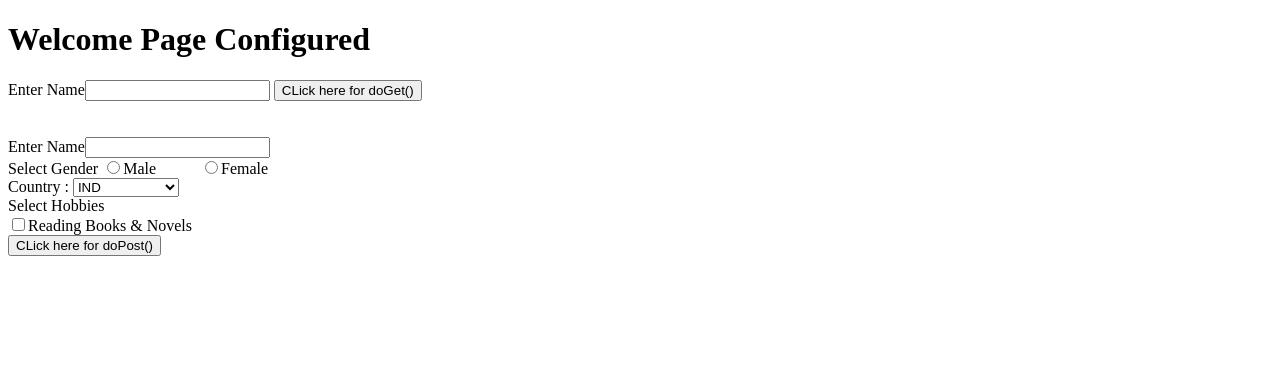
Repository: vinayingalahalli/java_batch1_revature
Page: revature_java/my_servlet_app/WebContent/myHome.html
These files come from the project's save history. The page is drawn as it stood at one moment and after the next save; the edit follows.
The browser window is 1280 px wide. The pictures show the whole page.

Above is the page before, as saved 2019-09-10 19:03:38.

### revature_java/my_servlet_app/WebContent/myHome.html
<!DOCTYPE html>
<html>
<head>
<meta charset="ISO-8859-1">
<title>First Page</title>
</head>
<body>
	<h1>Welcome Page Configured</h1>
	<form action="abc" method="get">
	Enter Name<input type="text" name="fname">
		<input type="submit" value="CLick here for doGet()">
	</form>
	<br />
	<br />
<form action="abc" method="post">
Enter Name<input type="text" name="fname"><br/>
Select Gender      <input type="radio" name="gender" value="M">Male  &nbsp;&nbsp;&nbsp;&nbsp;&nbsp;&nbsp;&nbsp;&nbsp;&nbsp;
<input type="radio" name="gender" value="F">Female<br/>
Country : <select name="country">
<option value="India">IND</option>
<option value="USA">USA</option>
<option value="Others">Other Country</option>
</select> <br/>
Select Hobbies<br/>
<input type="checkbox" name="hobby" value="Reading">Reading Books & Novels<br/>
		<input type="submit" value="CLick here for doPost()">
	</form>
</body>
</html>

After the next save:
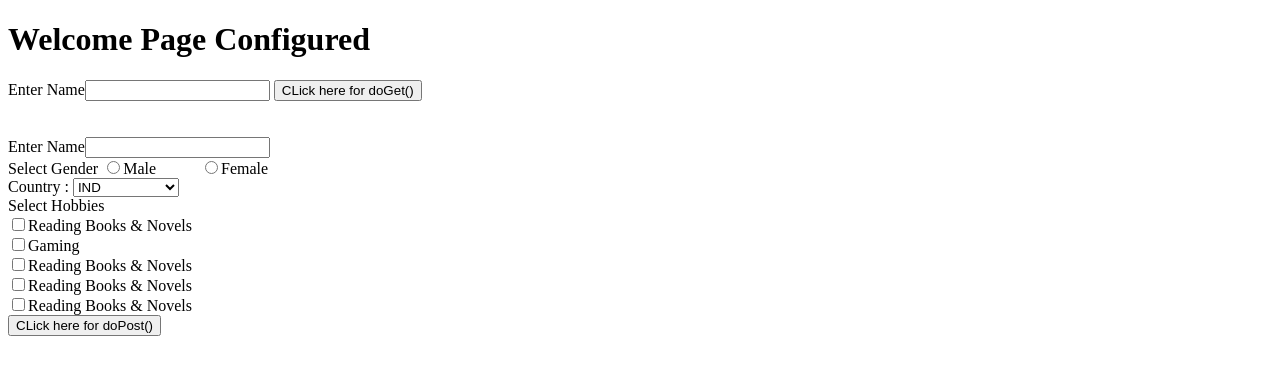
Saved 22 s later.
--- a/revature_java/my_servlet_app/WebContent/myHome.html
+++ b/revature_java/my_servlet_app/WebContent/myHome.html
@@ -23,6 +23,10 @@ Country : <select name="country">
 </select> <br/>
 Select Hobbies<br/>
 <input type="checkbox" name="hobby" value="Reading">Reading Books & Novels<br/>
+<input type="checkbox" name="hobby" value="Gaming">Gaming<br/>
+<input type="checkbox" name="hobby" value="Reading">Reading Books & Novels<br/>
+<input type="checkbox" name="hobby" value="Reading">Reading Books & Novels<br/>
+<input type="checkbox" name="hobby" value="Reading">Reading Books & Novels<br/>
 		<input type="submit" value="CLick here for doPost()">
 	</form>
 </body>
